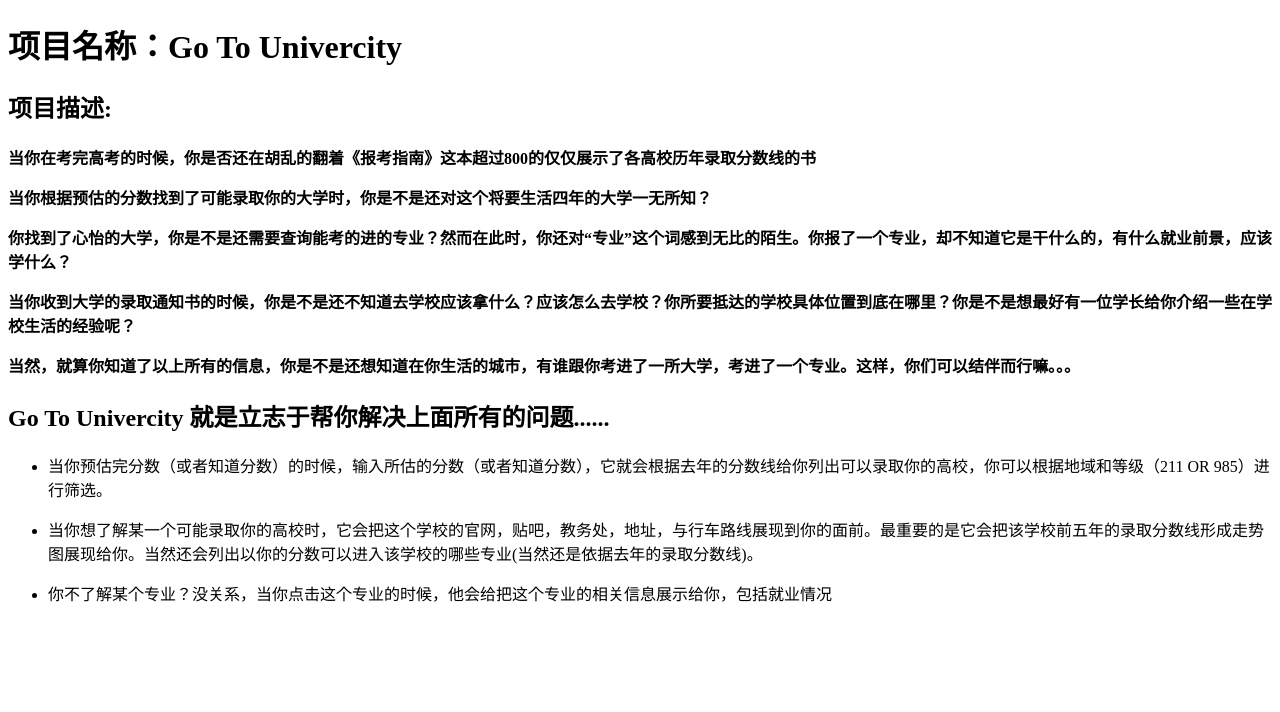
Repository: SUT-GC/GoToUnivercity
Page: http://localhost/GoToUniversity/ideasource/idea.jsp
The author's editor kept a copy of each file at every save. The page is drawn from the files as they stood at one save, then again after the next save.
The browser window is 1280 px wide. The pictures show the whole page.
The page is served by Tomcat 9. Nobody is signed in. The application's start-up code is not run.

Above is the page before, as saved 2015-11-16 11:10:26.

After the next save:
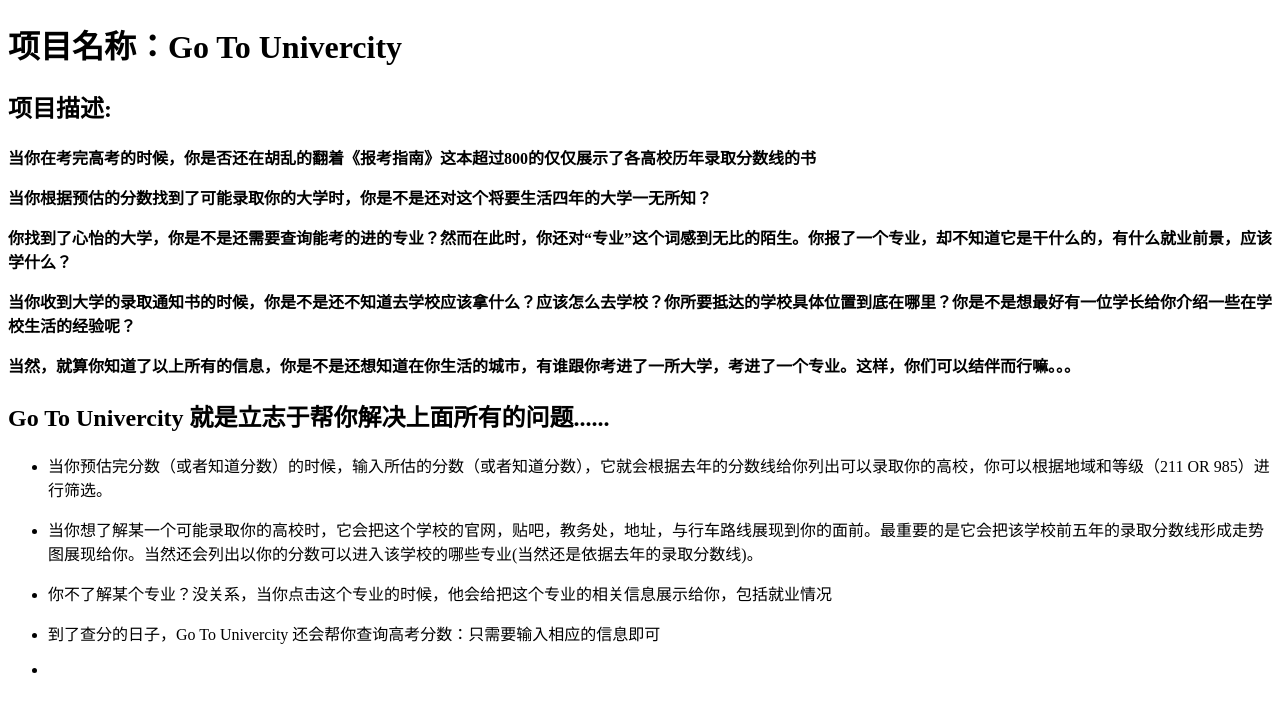
Saved 81 s later.
--- a/GoToUniversity/WebContent/ideasource/idea.jsp
+++ b/GoToUniversity/WebContent/ideasource/idea.jsp
@@ -28,7 +28,8 @@
 					<li><p>当你预估完分数（或者知道分数）的时候，输入所估的分数（或者知道分数），它就会根据去年的分数线给你列出可以录取你的高校，你可以根据地域和等级（211 OR 985）进行筛选。</p></li>
 					<li><p>当你想了解某一个可能录取你的高校时，它会把这个学校的官网，贴吧，教务处，地址，与行车路线展现到你的面前。最重要的是它会把该学校前五年的录取分数线形成走势图展现给你。当然还会列出以你的分数可以进入该学校的哪些专业(当然还是依据去年的录取分数线)。</p></li>
 					<li><p>你不了解某个专业？没关系，当你点击这个专业的时候，他会给把这个专业的相关信息展示给你，包括就业情况</p></li>
-
+					<li><p>到了查分的日子，Go To Univercity 还会帮你查询高考分数：只需要输入相应的信息即可</p></li>
+					<li><p></p></li>
 
 
 				</ul>
